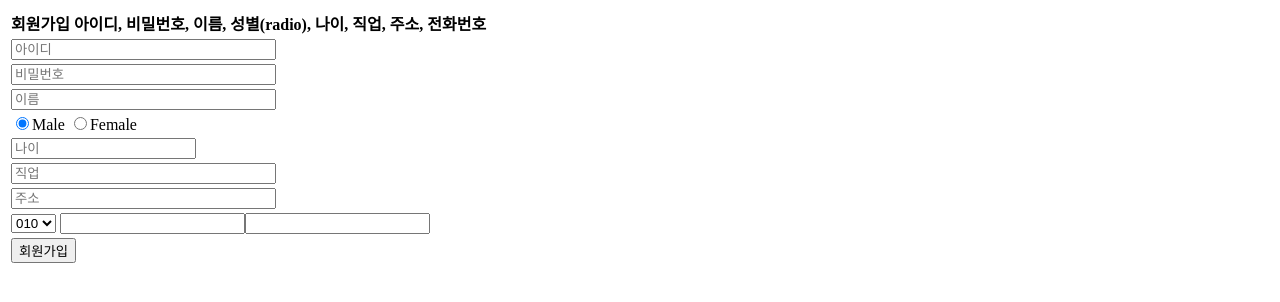
Repository: fellownew/web_workspace
Page: http://localhost/BankSystem/login/register_form.jsp
These files come from the project's save history. The page is drawn as it stood at one moment and after the next save; the edit follows.
The browser window is 1280 px wide. The pictures show the whole page.
The page is served by Tomcat 9. Nobody is signed in. The application's start-up code is not run. Other server files are loaded and not shown.

Above is the page before, as saved 2015-03-26 10:46:15.

### BankSystem/WebContent/login/register_form.jsp
<%@ page contentType="text/html;charset=UTF-8"%>
<!DOCTYPE html>
<html>
<head>
<meta charset=UTF-8>
<title>회원가입</title>
</head>
<body>
<form action="/BankSystem/register">
<table>

	<tr>
		<td><b>회원가입 아이디, 비밀번호, 이름, 성별(radio), 나이, 직업, 주소, 전화번호</b></td>
	</tr>
	<tr>
		<td><input type="text" name="id" size="30" placeholder="아이디" required="required"></td>
	</tr>
	<tr>
		<td><input type="password" name="password" size="30" placeholder="비밀번호" required="required"></td>
	</tr>
	<tr>
		<td><input type="text" name="name" size="30" placeholder="이름" required="required"></td>
	</tr>
	<tr>
		<td><label><input type="radio" name="sex" checked="checked">Male</label>
		    <label><input type="radio" name="sex">Female</label></td>
	</tr>
	<tr>
		<td><input type="number" name="age" size="30" min="18" placeholder="나이" required="required"></td>
	</tr>
	<tr>
		<td><input type="text" name="job" size="30" placeholder="직업" required="required"></td>
	</tr>
	<tr>
		<td><input type="text" name="address" size="30" placeholder="주소" required="required"></td>
	</tr>
	<tr>
		<td><select name="phone0">
			<option value="010" selected="selected">010</option>
			<option>011</option>
			<option>016</option>
			<option>019</option>
		</select>
			<input type="number" name="phone1" size="4" maxlength="4" required="required"><input type="number" name="phone2" size="4" maxlength="4" required="required">
		</td>
	</tr>
	<tr>
		<td><input type="submit" value="회원가입"></td>
	</tr>

</table>
</form>
</body>
</html>

After the next save:
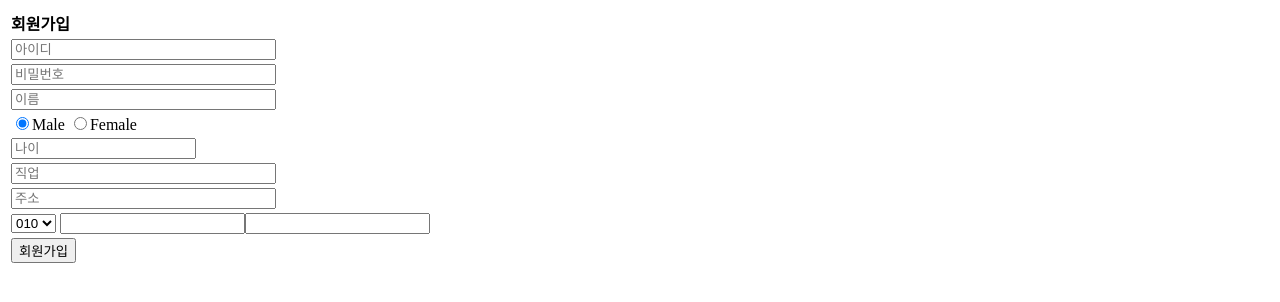
Saved 19 s later.
--- a/BankSystem/WebContent/login/register_form.jsp
+++ b/BankSystem/WebContent/login/register_form.jsp
@@ -10,7 +10,7 @@
 <table>
 
 	<tr>
-		<td><b>회원가입 아이디, 비밀번호, 이름, 성별(radio), 나이, 직업, 주소, 전화번호</b></td>
+		<td><b>회원가입</b></td>
 	</tr>
 	<tr>
 		<td><input type="text" name="id" size="30" placeholder="아이디" required="required"></td>
